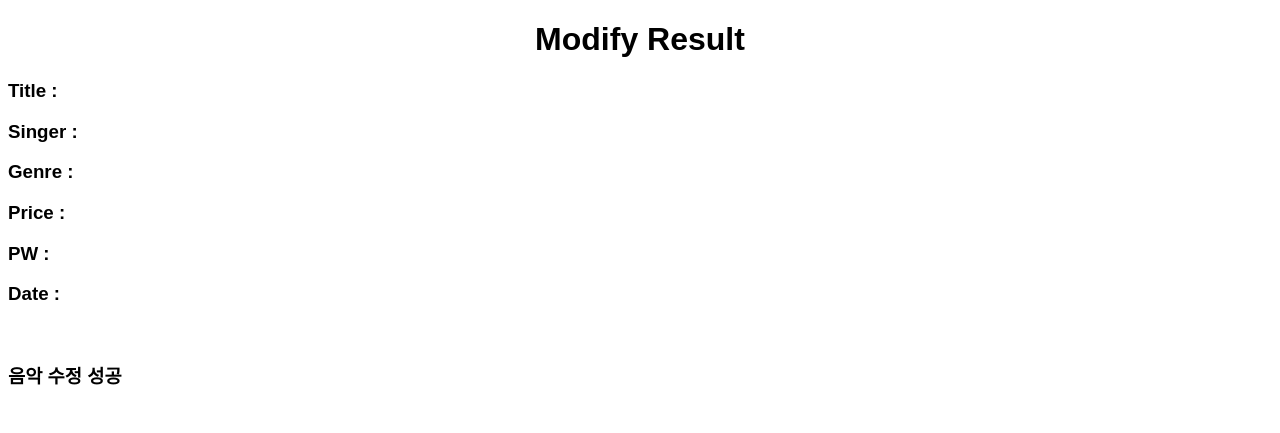
Repository: gimyoni/Music
Page: http://localhost/Music/WEB-INF/views/modify_result.jsp
The author's editor kept a copy of each file at every save. The page is drawn from the files as they stood at one save, then again after the next save.
The browser window is 1280 px wide. The pictures show the whole page.
Some web fonts or font styles are not loaded; a fallback is used. The page is served by Tomcat 9. Nobody is signed in. The template is opened directly, without the code that normally fills it, so the values that code supplies are empty.

Above is the page before, as saved 2021-07-15 03:38:28.

After the next save:
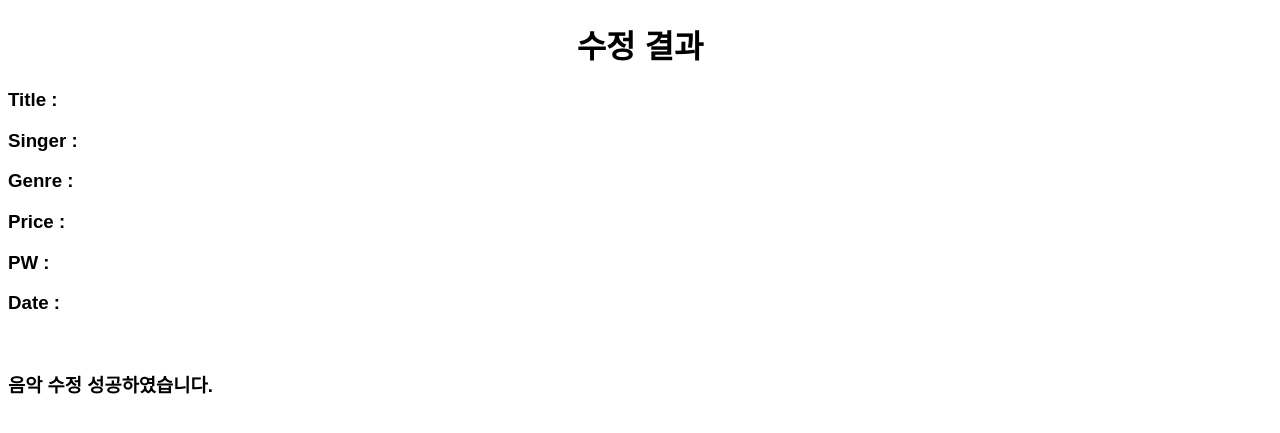
Saved 14 s later.
--- a/Music/src/main/webapp/WEB-INF/views/modify_result.jsp
+++ b/Music/src/main/webapp/WEB-INF/views/modify_result.jsp
@@ -7,10 +7,10 @@
 <meta charset="UTF-8">
 <link href="<c:url value="/resources/css/result.css" />"
 	rel="stylesheet">
-<title>Modify Result</title>
+<title>수정 결과</title>
 </head>
 <body>
-	<h1>Modify Result</h1>
+	<h1>수정 결과</h1>
 	<h3>Title : ${requestScope.song_title }</h3>
 	<h3>Singer : ${requestScope.song_singer}</h3>
 	<h3>Genre : ${requestScope.song_genre }</h3>
@@ -18,6 +18,6 @@
 	<h3>PW : ${requestScope.song_passwd }</h3>
 	<h3>Date : ${requestScope.song_date}</h3>
 	<br>
-	<h3>음악 수정 성공</h3>
+	<h3>음악 수정 성공하였습니다.</h3>
 </body>
 </html>
